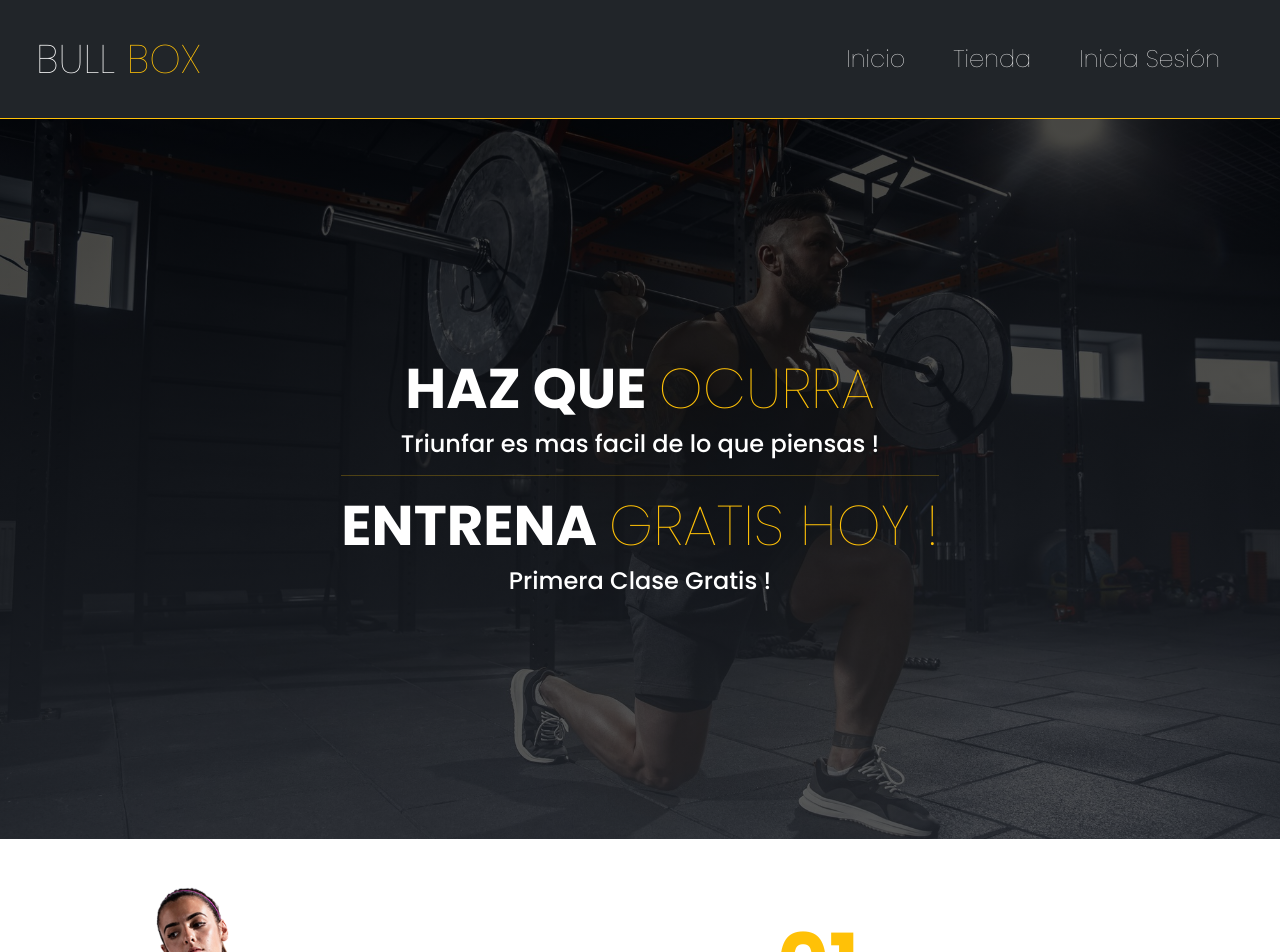
Repository: enjeru13/BullBox
Page: / (app in BullBox/)
These files come from the project's save history. The page is drawn as it stood at one moment and after the next save; the edit follows.
The browser window is 1280 px wide. The pictures show the part of the page from y = 0 to 952 px (the page is 4177 px tall).
The project was rebuilt for these pictures with package versions that can differ from the ones it lists, and the page was loaded fresh each time. Also part of the build but not shown: BullBox/vite.config.js, BullBox/src/pages/Registro.jsx, BullBox/src/pages/Login.jsx, BullBox/src/pages/Perfil.jsx, BullBox/src/pages/Tienda.jsx, BullBox/ProtectedRoute.jsx.

Above is the page before, as saved 2024-10-28 12:18:09.

After the next save:
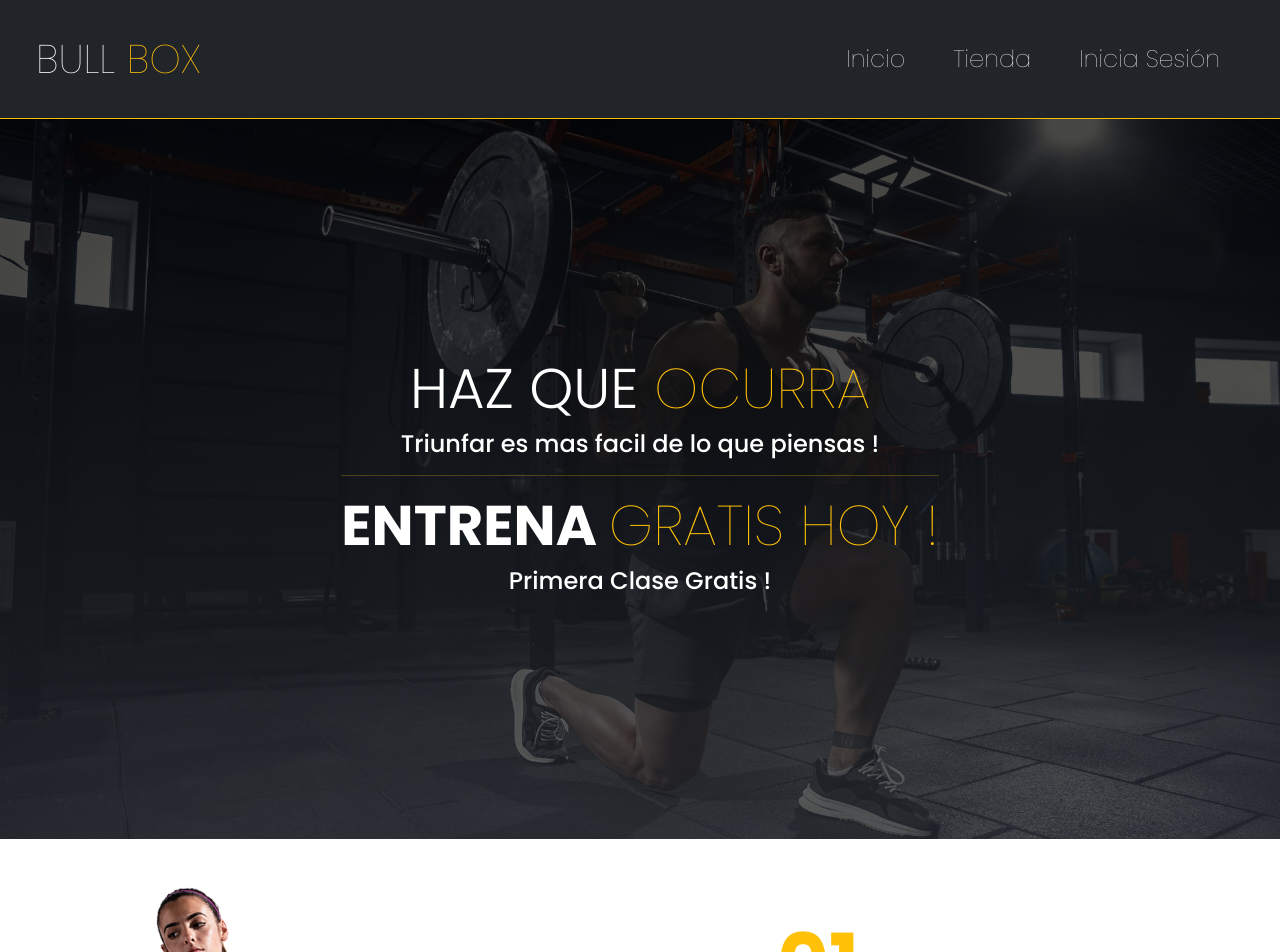
Saved 38 s later.
--- a/BullBox/src/pages/Inicio.jsx
+++ b/BullBox/src/pages/Inicio.jsx
@@ -12,7 +12,7 @@
 
             <section className="bg-image text-center text-white fw-bold">
                 <div className=''>
-                    <h2 className='fw-bold display-4'>HAZ QUE <span className='text-warning'>OCURRA</span></h2>
+                    <h2 className='font-bold display-4'>HAZ QUE <span className='text-warning'>OCURRA</span></h2>
                     <h4 className=''>Triunfar es mas facil de lo que piensas !</h4>
                     <hr className='text-warning' />
                     <h2 className='fw-bold display-4'>ENTRENA <span className='text-warning'>GRATIS HOY ! </span> </h2>

After the save that followed:
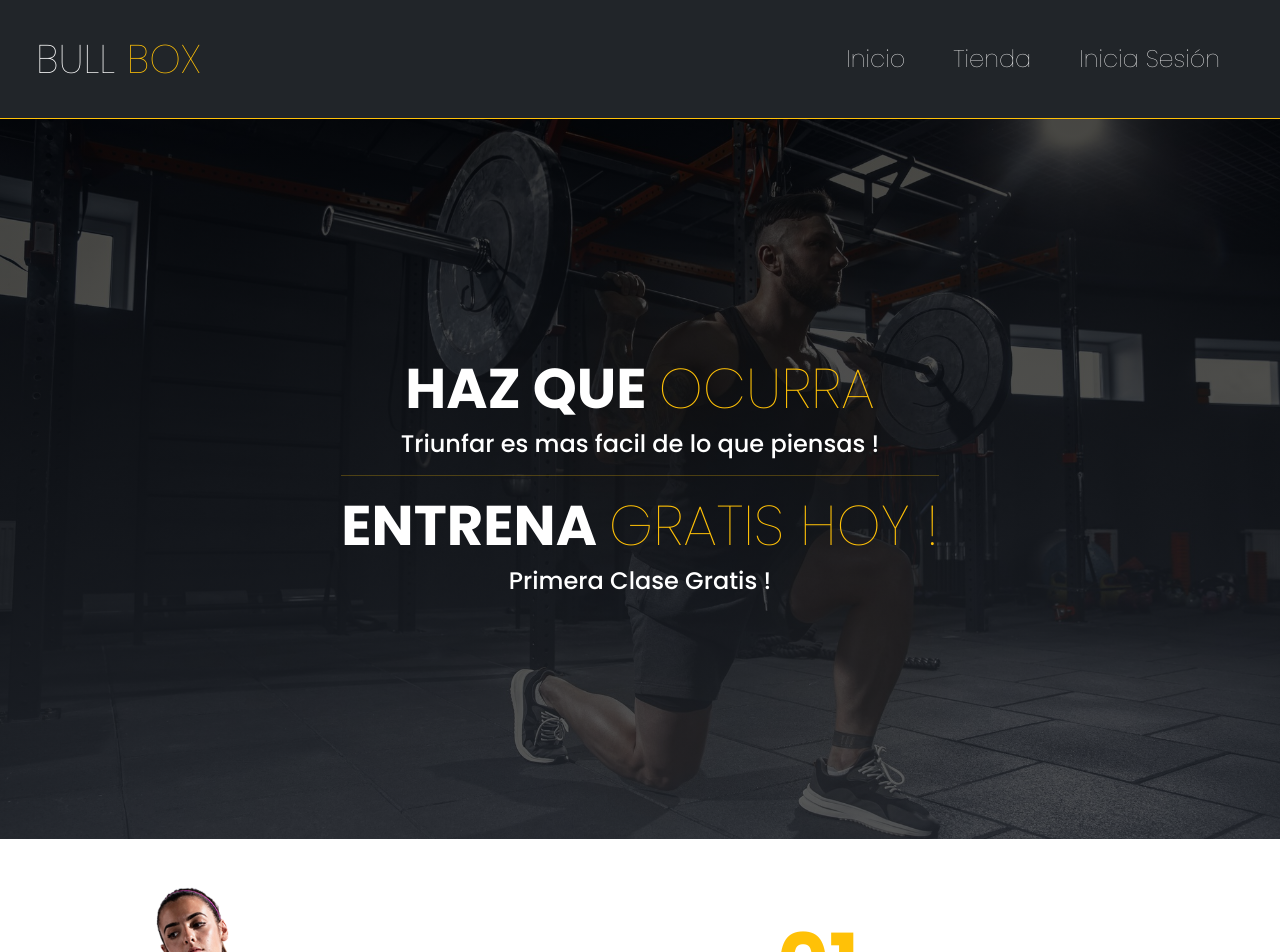
Saved 5 s later.
--- a/BullBox/src/pages/Inicio.jsx
+++ b/BullBox/src/pages/Inicio.jsx
@@ -12,7 +12,7 @@
 
             <section className="bg-image text-center text-white fw-bold">
                 <div className=''>
-                    <h2 className='font-bold display-4'>HAZ QUE <span className='text-warning'>OCURRA</span></h2>
+                    <h2 className='fw-bold display-4'>HAZ QUE <span className='text-warning'>OCURRA</span></h2>
                     <h4 className=''>Triunfar es mas facil de lo que piensas !</h4>
                     <hr className='text-warning' />
                     <h2 className='fw-bold display-4'>ENTRENA <span className='text-warning'>GRATIS HOY ! </span> </h2>
